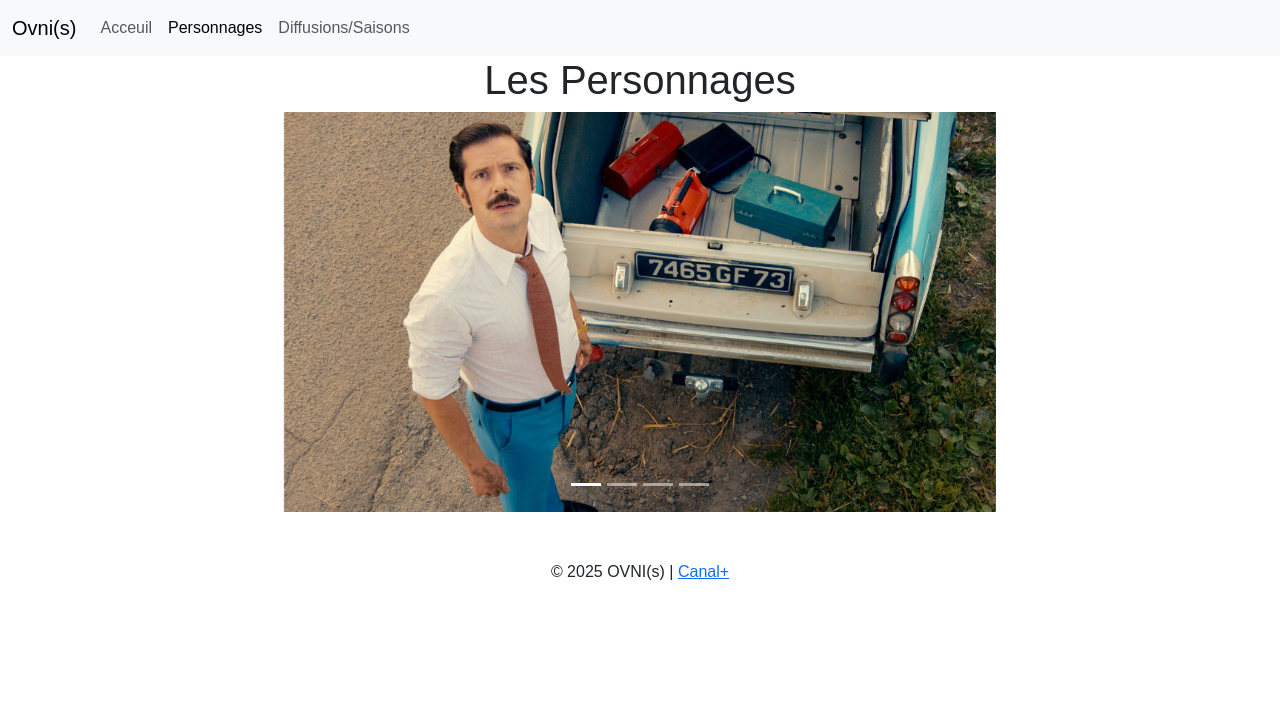
Repository: Timazoy/Site_ovni_tp
Page: perso.html
These files come from the project's save history. The page is drawn as it stood at one moment and after the next save; the edit follows.
The browser window is 1280 px wide. The pictures show the whole page.
Some web fonts or font styles are not loaded; a fallback is used.

Above is the page before, as saved 2025-12-16 14:12:34.

After the next save:
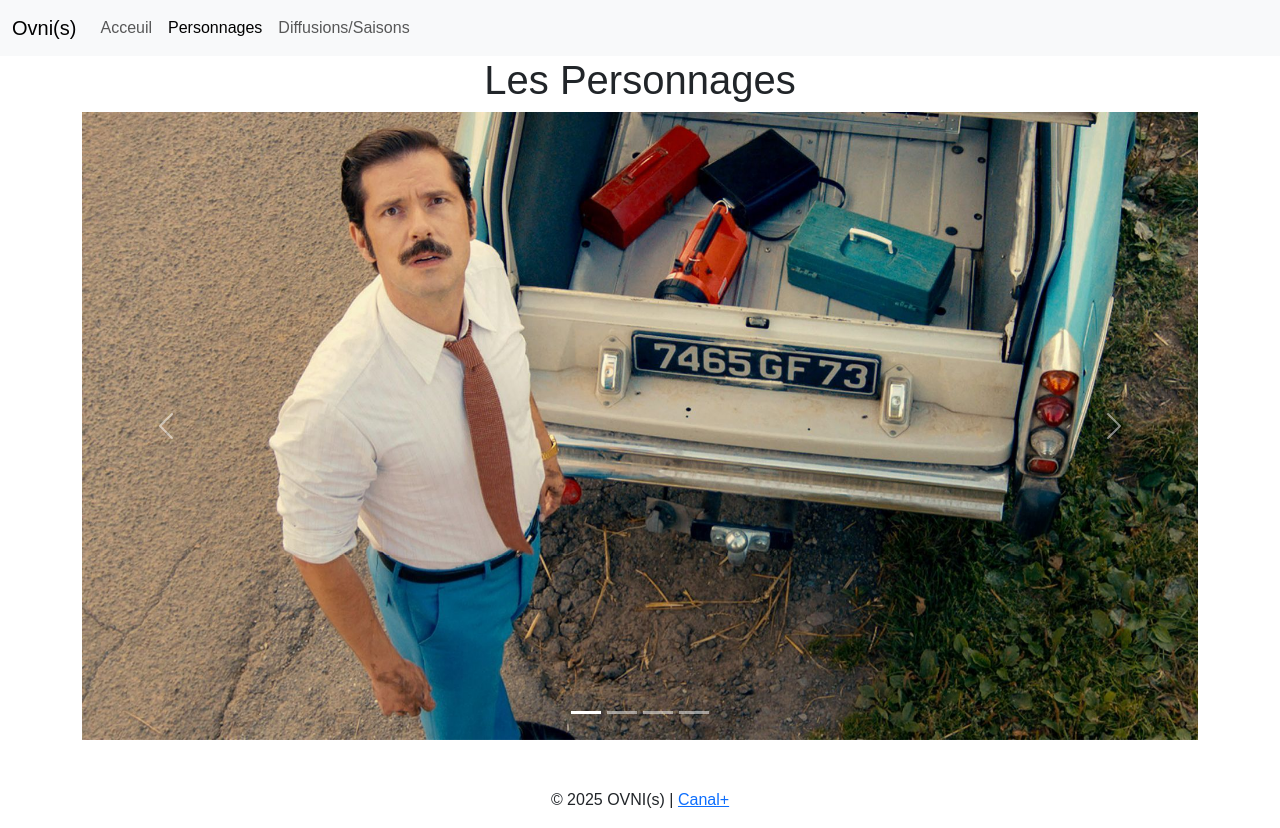
Saved 23 s later.
--- a/styles.css
+++ b/styles.css
@@ -21,6 +21,6 @@
 /* Carousel: forcer les images à une même taille */
 .carousel-item img {
   width: 100%;
-  height: 400px;
+  height: 10%;
   object-fit: contain;
 }
